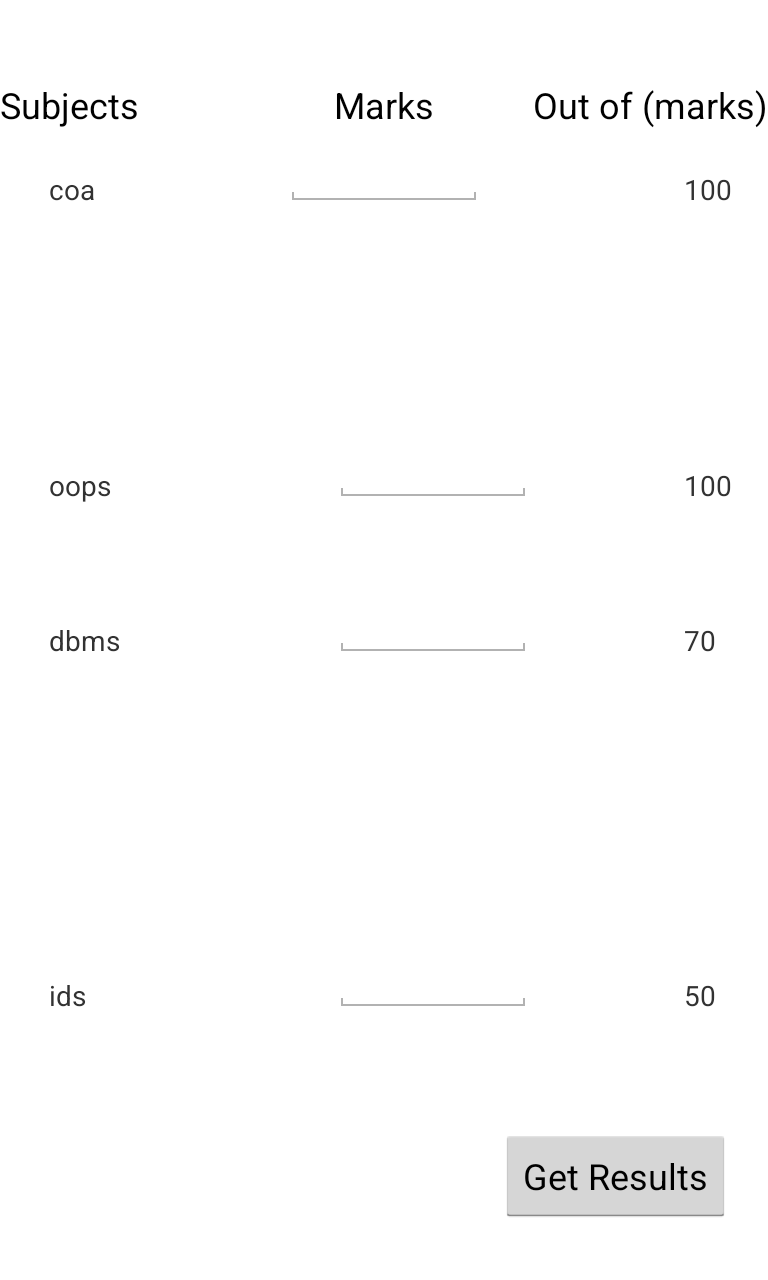
Repository: arjuntheprogrammer/iact
Layout: iact/iact android practice/mywork/ReportCard/res/layout/activity_second.xml
The author's editor kept a copy of each file at every save. The layout is drawn from the files as they stood at one save, then again after the next save.
It is drawn on a 768 x 1280 px phone screen (xhdpi) without system bars, with theme AppTheme; the app's code is not run.

Above is the layout before, as saved 2015-12-26 11:09:27.

After the next save:
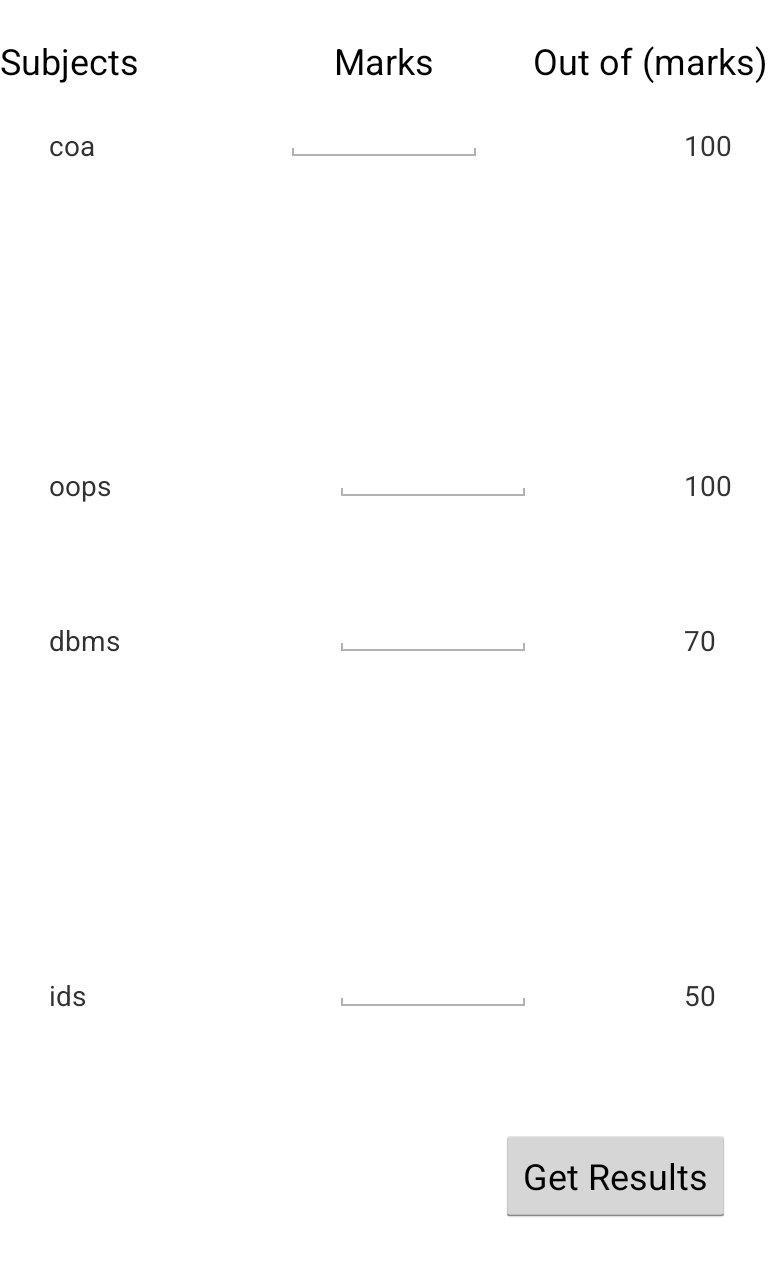
Saved 55 s later.
--- a/iact/iact android practice/mywork/ReportCard/res/layout/activity_second.xml
+++ b/iact/iact android practice/mywork/ReportCard/res/layout/activity_second.xml
@@ -42,36 +42,6 @@
         android:text="50"
         android:textAppearance="?android:attr/textAppearanceSmall" />
 
-    <TextView
-        android:id="@+id/textView2"
-        android:layout_width="wrap_content"
-        android:layout_height="wrap_content"
-        android:layout_alignBaseline="@+id/textView3"
-        android:layout_alignBottom="@+id/textView3"
-        android:layout_centerHorizontal="true"
-        android:text="Marks"
-        android:textAppearance="?android:attr/textAppearanceMedium" />
-
-    <TextView
-        android:id="@+id/textView1"
-        android:layout_width="wrap_content"
-        android:layout_height="wrap_content"
-        android:layout_alignBaseline="@+id/textView2"
-        android:layout_alignBottom="@+id/textView2"
-        android:layout_alignParentLeft="true"
-        android:text="Subjects"
-        android:textAppearance="?android:attr/textAppearanceMedium" />
-
-    <TextView
-        android:id="@+id/textView3"
-        android:layout_width="wrap_content"
-        android:layout_height="wrap_content"
-        android:layout_alignParentRight="true"
-        android:layout_alignParentTop="true"
-        android:layout_marginTop="40dp"
-        android:text="Out of (marks)"
-        android:textAppearance="?android:attr/textAppearanceMedium" />
-
     <Button
         android:id="@+id/button1"
         android:layout_width="wrap_content"
@@ -108,15 +78,6 @@
         android:layout_centerHorizontal="true"
         android:ems="10"
         android:inputType="phone" />
-
-    <TextView
-        android:id="@+id/textView5"
-        android:layout_width="wrap_content"
-        android:layout_height="wrap_content"
-        android:layout_alignBottom="@+id/EditText00"
-        android:layout_alignLeft="@+id/textView4"
-        android:text="coa"
-        android:textAppearance="?android:attr/textAppearanceSmall" />
 
     <TextView
         android:id="@+id/textView4"
@@ -156,4 +117,43 @@
         android:ems="10"
         android:inputType="phone" />
 
+    <TextView
+        android:id="@+id/textView1"
+        android:layout_width="wrap_content"
+        android:layout_height="wrap_content"
+        android:layout_alignBaseline="@+id/textView2"
+        android:layout_alignBottom="@+id/textView2"
+        android:layout_alignParentLeft="true"
+        android:text="Subjects"
+        android:textAppearance="?android:attr/textAppearanceMedium" />
+
+    <TextView
+        android:id="@+id/textView3"
+        android:layout_width="wrap_content"
+        android:layout_height="wrap_content"
+        android:layout_alignParentRight="true"
+        android:layout_alignParentTop="true"
+        android:layout_marginTop="18dp"
+        android:text="Out of (marks)"
+        android:textAppearance="?android:attr/textAppearanceMedium" />
+
+    <TextView
+        android:id="@+id/textView5"
+        android:layout_width="wrap_content"
+        android:layout_height="wrap_content"
+        android:layout_alignBottom="@+id/EditText00"
+        android:layout_alignLeft="@+id/textView4"
+        android:text="coa"
+        android:textAppearance="?android:attr/textAppearanceSmall" />
+
+    <TextView
+        android:id="@+id/textView2"
+        android:layout_width="wrap_content"
+        android:layout_height="wrap_content"
+        android:layout_alignBaseline="@+id/textView3"
+        android:layout_alignBottom="@+id/textView3"
+        android:layout_centerHorizontal="true"
+        android:text="Marks"
+        android:textAppearance="?android:attr/textAppearanceMedium" />
+
 </RelativeLayout>
